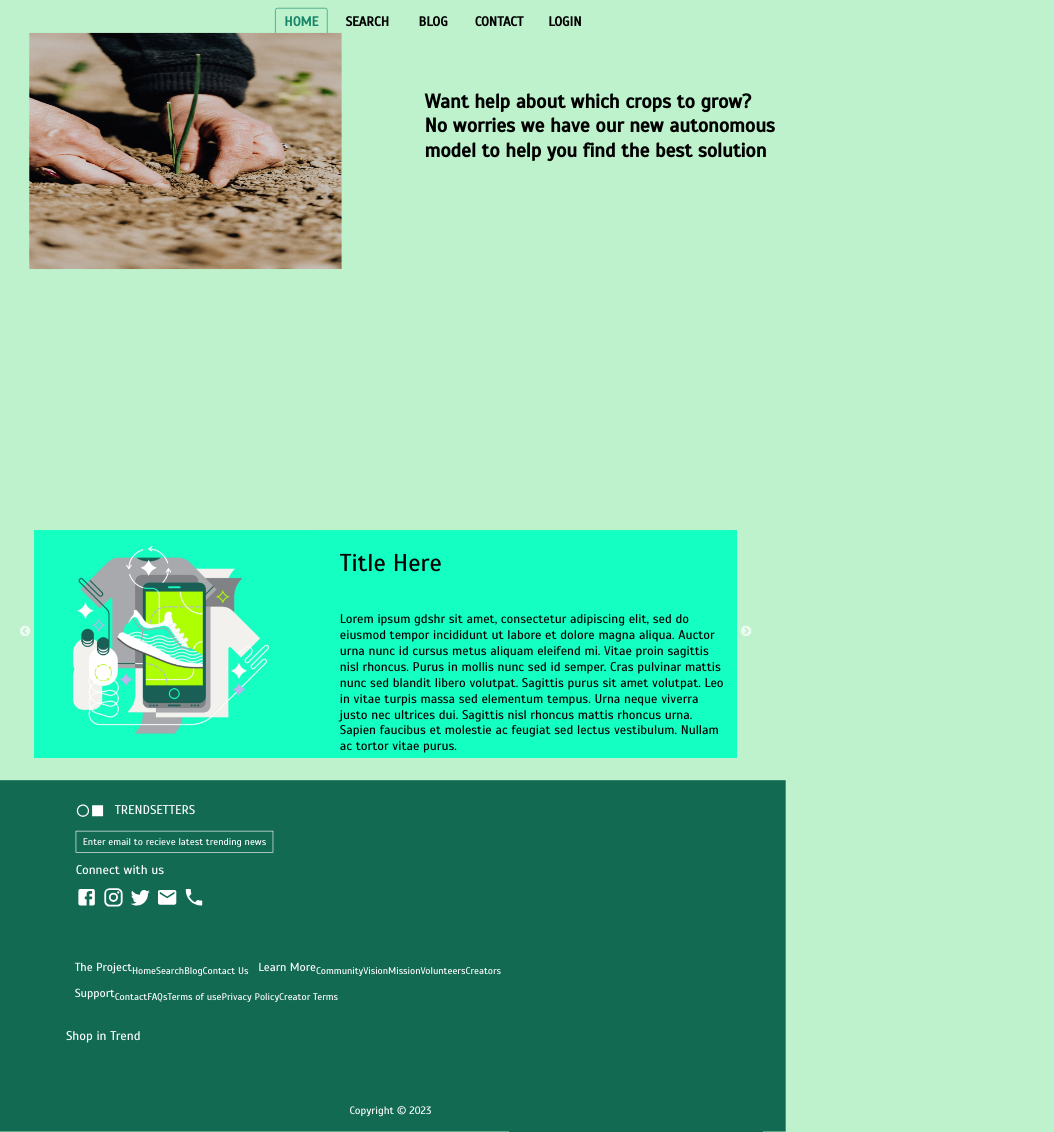
Repository: PRACHIP09/TRINIT_PICO-ZEN_DEV03
Page: /
An editor plug-in stored every save of this project. The page is shown before and after the next save, followed by the edit.
The browser window is 1280 px wide. The page is 1728 px wide, so the pictures cover 1728 px, including what lies to the right of the window. The pictures show the whole page, at 61% of full size.
Pictures or frames that could not be fetched are drawn as grey boxes. Some web fonts or font styles are not loaded; a fallback is used. The project was rebuilt for these pictures with package versions that can differ from the ones it lists, and the page was loaded fresh each time. Some packages were replaced by stand-ins written for this rebuild. Also part of the build but not shown: src/App.css, src/Pages/Login.jsx, src/Pages/Signup.jsx, src/Pages/Contact.jsx, src/Components/ChatBot/Chatbot.jsx, src/Components/ChatBot/Footer.jsx, src/Components/Farmernavbar/Mobilenavbar.jsx, src/Components/Farmernavbar/NavbarF.jsx and 28 more.

Above is the page before, as saved 2023-02-11 22:51:34.

After the next save:
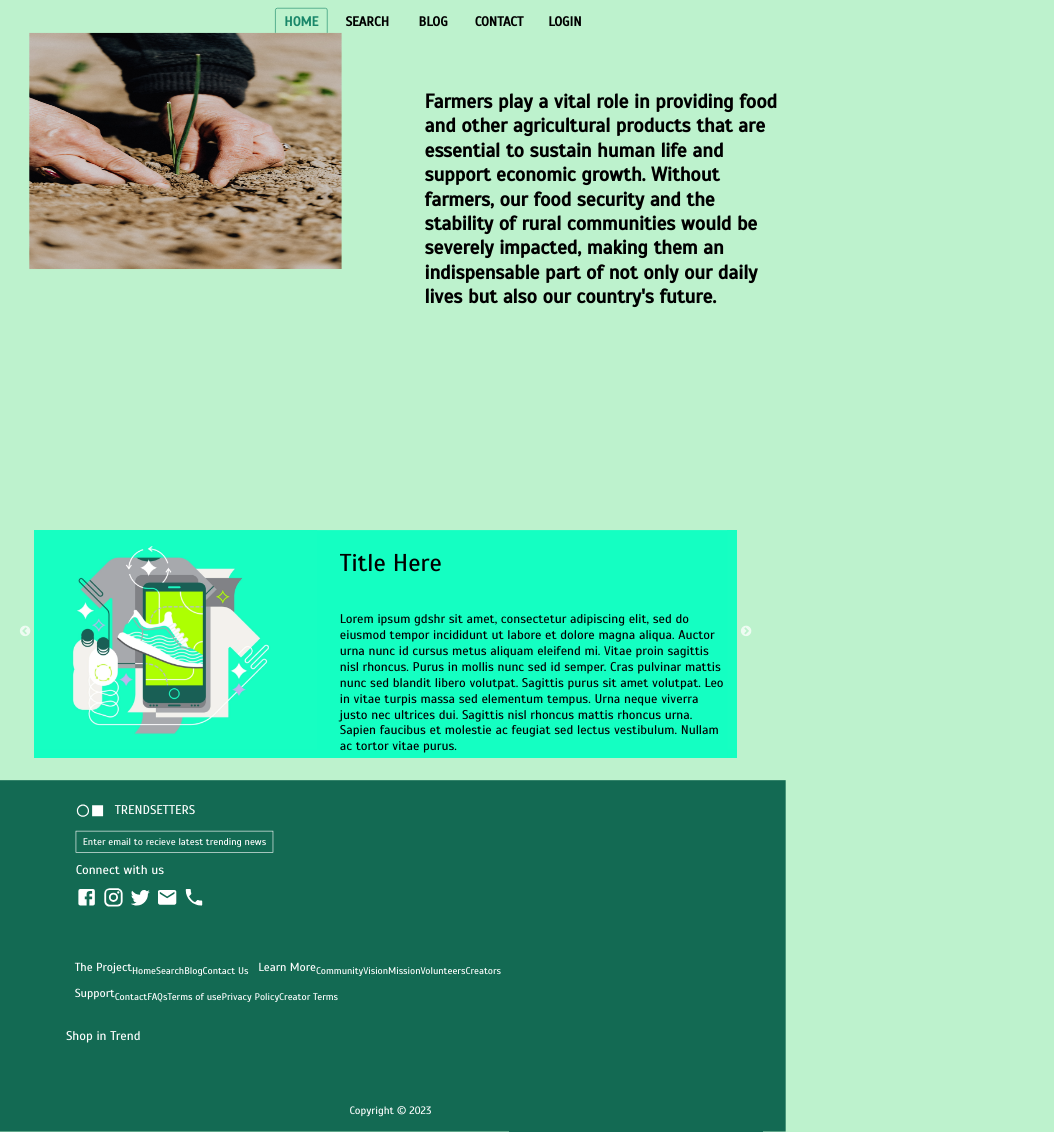
Saved 65 s later.
--- a/src/Pages/HomePage.jsx
+++ b/src/Pages/HomePage.jsx
@@ -31,7 +31,7 @@ const HomePage = () => {
             <Grid item xs={6}>
               <Grid container spacing={2}>
                 <Grid item xs={12} style={{ fontSize: "2rem", fontWeight: "700", textAlign: "left", paddingLeft: "10vh", paddingTop: "15vh" }}>
-                  Want help about which crops to grow? <br />No worries we have our new autonomous model to help you find the best solution
+               Farmers play a vital role in providing food and other agricultural products that are essential to sustain human life and support economic growth. Without farmers, our food security and the stability of rural communities would be severely impacted, making them an indispensable part of not only our daily lives but also our country's future.
                 </Grid>
                 <Grid item xs={12} style={{ textAlign: "left", paddingLeft: "10vh" }}>
                               {/* <Button style={{ fontSize: "1.1rem", backgroundColor: "green", padding: "1vh 5vh", color: "white" }} >Connect with Farmers</Button> */}
